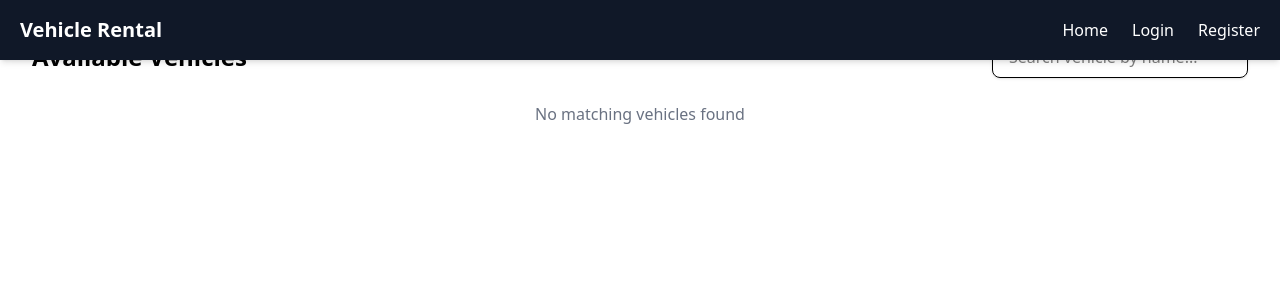
Repository: Sugan-g/vehicle-rental-system
Page: / (app in frontend/)
An editor plug-in stored every save of this project. The page is shown before and after the next save, followed by the edit.
The browser window is 1280 px wide. The pictures show the whole page.
The page's requests for data from a server got no answer. The project was rebuilt for these pictures with package versions that can differ from the ones it lists, and the page was loaded fresh each time. No one was signed in, and anything a server would have sent is missing. Also part of the build but not shown: frontend/vite.config.js, frontend/src/components/VehicleCard.jsx, frontend/src/components/BookingForm.jsx, frontend/src/components/ReviewForm.jsx, frontend/src/pages/VehiclePage.jsx, frontend/src/pages/LoginPage.jsx, frontend/src/pages/RegisterPage.jsx, frontend/src/pages/RentalHistoryPage.jsx and 7 more.

Above is the page before, as saved 2025-11-17 10:52:32.

### frontend/index.html
<!doctype html>
<html lang="en">
  <head>
    <meta charset="UTF-8" />
    <link rel="icon" type="image/svg+xml" href="/vite.svg" />
    <meta name="viewport" content="width=device-width, initial-scale=1.0" />
    <title>Vehicle Rental System</title>
        <link rel="stylesheet" href="/src/index.css" />

  </head>
  <body>
    <div id="root"></div>
    <script type="module" src="/src/main.jsx"></script>
  </body>
</html>

### frontend/src/App.jsx
import { BrowserRouter as Router, Routes, Route } from "react-router-dom";
import Navbar from "./components/Navbar.jsx";
import HomePage from "./pages/HomePage.jsx";
import VehiclePage from "./pages/VehiclePage.jsx";
import LoginPage from "./pages/LoginPage.jsx";
import RegisterPage from "./pages/RegisterPage.jsx";
import RentalHistoryPage from "./pages/RentalHistoryPage.jsx";
import AdminPage from "./pages/AdminPage.jsx";
import BookingPage from "./pages/BookingPage.jsx";
import MyBookings from "./pages/MyBookings.jsx";
import EditBooking from "./pages/EditBooking.jsx";
import PrivateRoute from "./components/PrivateRoute.jsx";
import AdminRoute from "./components/AdminRoute.jsx";
import { AuthProvider } from "./context/AuthContext.jsx"; // ✅ import context here

function App() {
  return (
    <AuthProvider> {/* ✅ Move provider here */}
      <Router>
        <Navbar />
        <Routes>
          {/* Public routes */}
          <Route path="/" element={<HomePage />} />
          <Route path="/vehicle/:id" element={<VehiclePage />} />
          <Route path="/login" element={<LoginPage />} />
          <Route path="/register" element={<RegisterPage />} />

          {/* Protected routes (login required) */}
          <Route
            path="/rental-history"
            element={
              <PrivateRoute>
                <RentalHistoryPage />
              </PrivateRoute>
            }
          />
          <Route
            path="/book/:vehicleId"
            element={
              <PrivateRoute>
                <BookingPage />
              </PrivateRoute>
            }
          />
          <Route
            path="/my-bookings"
            element={
              <PrivateRoute>
                <MyBookings />
              </PrivateRoute>
            }
          />
          <Route
            path="/edit-booking/:id"
            element={
              <PrivateRoute>
                <EditBooking />
              </PrivateRoute>
            }
          />

          {/* Admin-only route */}
          <Route
            path="/admin"
            element={
              <AdminRoute>
                <AdminPage />
              </AdminRoute>
            }
          />
        </Routes>
      </Router>
    </AuthProvider>
  );
}

export default App;

### frontend/src/components/Navbar.jsx
import { Link, useNavigate } from "react-router-dom";
import { useState, useEffect } from "react";
import { FiMenu, FiX } from "react-icons/fi";
import { useAuth } from "../context/AuthContext";

export default function Navbar() {
  const navigate = useNavigate();
  const { isLoggedIn, role, logout } = useAuth();
  const [menuOpen, setMenuOpen] = useState(false);
  const [authStatus, setAuthStatus] = useState({ loggedIn: isLoggedIn, role });

  // Sync local state with context (fixes delayed update issue)
  useEffect(() => {
    setAuthStatus({ loggedIn: isLoggedIn, role });
  }, [isLoggedIn, role]);

  const handleLogout = () => {
    logout();
    navigate("/login");
  };

  return (
    <nav className="bg-gray-900 text-white px-5 py-4 shadow-md fixed top-0 left-0 w-full z-50">
      <div className="flex justify-between items-center">
        <Link to="/" className="text-xl font-bold">
          Vehicle Rental
        </Link>

        {/* Mobile Menu Button */}
        <button
          className="md:hidden text-2xl"
          onClick={() => setMenuOpen(!menuOpen)}
        >
          {menuOpen ? <FiX /> : <FiMenu />}
        </button>

        {/* Desktop Menu */}
        <div className="hidden md:flex space-x-6 items-center">
          <Link to="/">Home</Link>

          {authStatus.loggedIn && (
            <>
              <Link to="/my-bookings">My Bookings</Link>
              <Link to="/rental-history">Rental History</Link>
            </>
          )}

          {authStatus.loggedIn && authStatus.role === "admin" && (
            <Link to="/admin" className="text-yellow-400 font-semibold">
              Admin Dashboard
            </Link>
          )}

          {authStatus.loggedIn ? (
            <button
              onClick={handleLogout}
              className="bg-blue-600 px-3 py-1 rounded hover:bg-blue-700 transition"
            >
              Logout
            </button>
          ) : (
            <>
              <Link to="/login">Login</Link>
              <Link to="/register">Register</Link>
            </>
          )}
        </div>
      </div>

      {/* Mobile Dropdown */}
      <div
        className={`md:hidden transition-all duration-300 overflow-hidden ${
          menuOpen ? "max-h-80 mt-3" : "max-h-0"
        }`}
      >
        <div className="bg-gray-800 p-5 rounded-lg flex flex-col space-y-4 text-center">
          <Link to="/" onClick={() => setMenuOpen(false)}>
            Home
          </Link>

          {authStatus.loggedIn && (
            <>
              <Link to="/my-bookings" onClick={() => setMenuOpen(false)}>
                My Bookings
              </Link>
              <Link to="/rental-history" onClick={() => setMenuOpen(false)}>
                Rental History
              </Link>
            </>
          )}

          {authStatus.loggedIn && authStatus.role === "admin" && (
            <Link
              to="/admin"
              onClick={() => setMenuOpen(false)}
              className="text-yellow-400 font-semibold"
            >
              Admin Dashboard
            </Link>
          )}

          {authStatus.loggedIn ? (
            <button
              onClick={() => {
                handleLogout();
                setMenuOpen(false);
              }}
              className="text-red-400 font-semibold"
            >
              Logout
            </button>
          ) : (
            <>
              <Link to="/login" onClick={() => setMenuOpen(false)}>
                Login
              </Link>
              <Link to="/register" onClick={() => setMenuOpen(false)}>
                Register
              </Link>
            </>
          )}
        </div>
      </div>
    </nav>
  );
}

### frontend/src/pages/HomePage.jsx
import { useEffect, useState } from "react";
import API from "../api/api.js";
import VehicleCard from "../components/VehicleCard.jsx";

export default function HomePage() {
    const [vehicles, setVehicles] = useState([]);
    const [filteredVehicles, setFilteredVehicles] = useState([]);
    const [loading, setLoading] = useState(true);
    const [searchTerm, setSearchTerm] = useState("");

    useEffect(() => {
        const fetchVehicles = async () => {
            try {
                const res = await API.get("/vehicles");
                setVehicles(res.data);
                setFilteredVehicles(res.data);
            } catch (error) {
                console.error("Error fetching vehicles:", error);
            } finally {
                setLoading(false);
            }
        };

        fetchVehicles();
    }, []);

    // Safe filtering (avoids undefined errors)
    useEffect(() => {
        const result = vehicles.filter((v) => {
            const name = (v?.name || "").toString().toLowerCase();
            const search = searchTerm.toLowerCase();
            return name.includes(search);
        });

        setFilteredVehicles(result);
    }, [searchTerm, vehicles]);

    if (loading) {
        return (
            <div className="flex justify-center items-center min-h-screen">
                <p className="text-lg font-medium text-gray-600">Loading vehicles...</p>
            </div>
        );
    }

    return (
        <div className="max-w-7xl mx-auto px-4 sm:px-6 lg:px-8 py-8 pt-5">

            {/* Title + Search beside each other */}
            <div className="flex flex-col md:flex-row md:items-center md:justify-between pt-4 mb-6">
                <h1 className="text-2xl font-bold mb-4 md:mb-0">Available Vehicles</h1>

                <input
                    type="text"
                    placeholder="Search vehicle by name..."
                    className="w-full md:w-64 px-4 py-2 border rounded-lg shadow-sm focus:ring-2 focus:ring-blue-500"
                    value={searchTerm}
                    onChange={(e) => setSearchTerm(e.target.value)}
                />
            </div>

            {/* No results */}
            {!filteredVehicles.length ? (
                <p className="text-center text-gray-500">No matching vehicles found</p>
            ) : (
                <div
                    className="
                        grid gap-6
                        grid-cols-1
                        sm:grid-cols-2
                        lg:grid-cols-3
                        xl:grid-cols-4
                    "
                >
                    {filteredVehicles.map((vehicle) => (
                        <VehicleCard key={vehicle._id} vehicle={vehicle} />
                    ))}
                </div>
            )}
        </div>
    );
}

### frontend/src/context/AuthContext.jsx
import { createContext, useContext, useState, useEffect } from "react";

const AuthContext = createContext();

export const AuthProvider = ({ children }) => {
  const [isLoggedIn, setIsLoggedIn] = useState(!!localStorage.getItem("token"));
  const [role, setRole] = useState(localStorage.getItem("role") || null);

  useEffect(() => {
    const checkAuth = () => {
      setIsLoggedIn(!!localStorage.getItem("token"));
      setRole(localStorage.getItem("role"));
    };

    window.addEventListener("storage", checkAuth);
    return () => window.removeEventListener("storage", checkAuth);
  }, []);

  const login = (token, role) => {
    localStorage.setItem("token", token);
    localStorage.setItem("role", role);
    setIsLoggedIn(true);
    setRole(role);
  };

  const logout = () => {
    localStorage.removeItem("token");
    localStorage.removeItem("role");
    setIsLoggedIn(false);
    setRole(null);
  };

  return (
    <AuthContext.Provider value={{ isLoggedIn, role, login, logout }}>
      {children}
    </AuthContext.Provider>
  );
};

export const useAuth = () => useContext(AuthContext);

### frontend/src/api/api.js
import axios from "axios";

const API = axios.create({
    baseURL:
        import.meta.env.MODE === "development"
            ? "http://localhost:5000/api" // local backend for dev
            : "https://vehicle-rental-system-pitf.onrender.com/api", // deployed backend (Render)
    withCredentials: true,
    headers: { "Content-Type": "application/json" },
});

//  Attach token if exists
API.interceptors.request.use((req) => {
    const token = localStorage.getItem("token");
    if (token) {
        req.headers.Authorization = `Bearer ${token}`;
    }
    return req;
});

export default API;

Loaded but not shown: frontend/src/index.css (common file); frontend/src/main.jsx (common file)

After the next save:
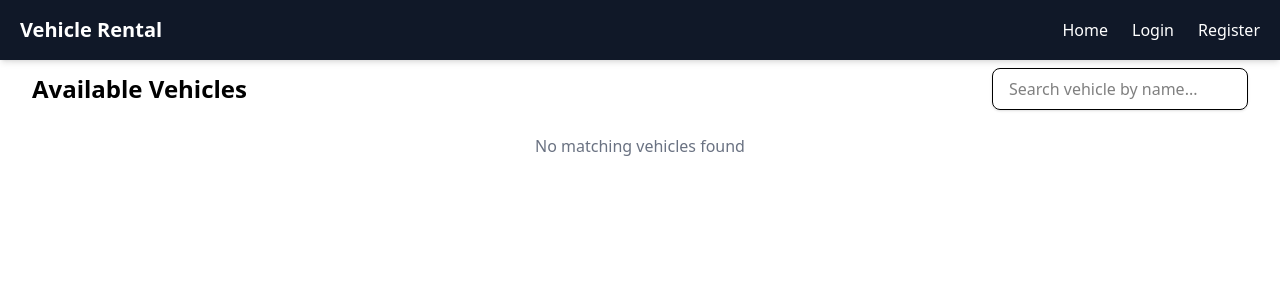
Saved 13 s later.
--- a/frontend/src/pages/HomePage.jsx
+++ b/frontend/src/pages/HomePage.jsx
@@ -44,7 +44,7 @@ export default function HomePage() {
     }
 
     return (
-        <div className="max-w-7xl mx-auto px-4 sm:px-6 lg:px-8 py-8 pt-5">
+        <div className="max-w-7xl mx-auto px-4 sm:px-6 lg:px-8 py-8 mt-5">
 
             {/* Title + Search beside each other */}
             <div className="flex flex-col md:flex-row md:items-center md:justify-between pt-4 mb-6">
